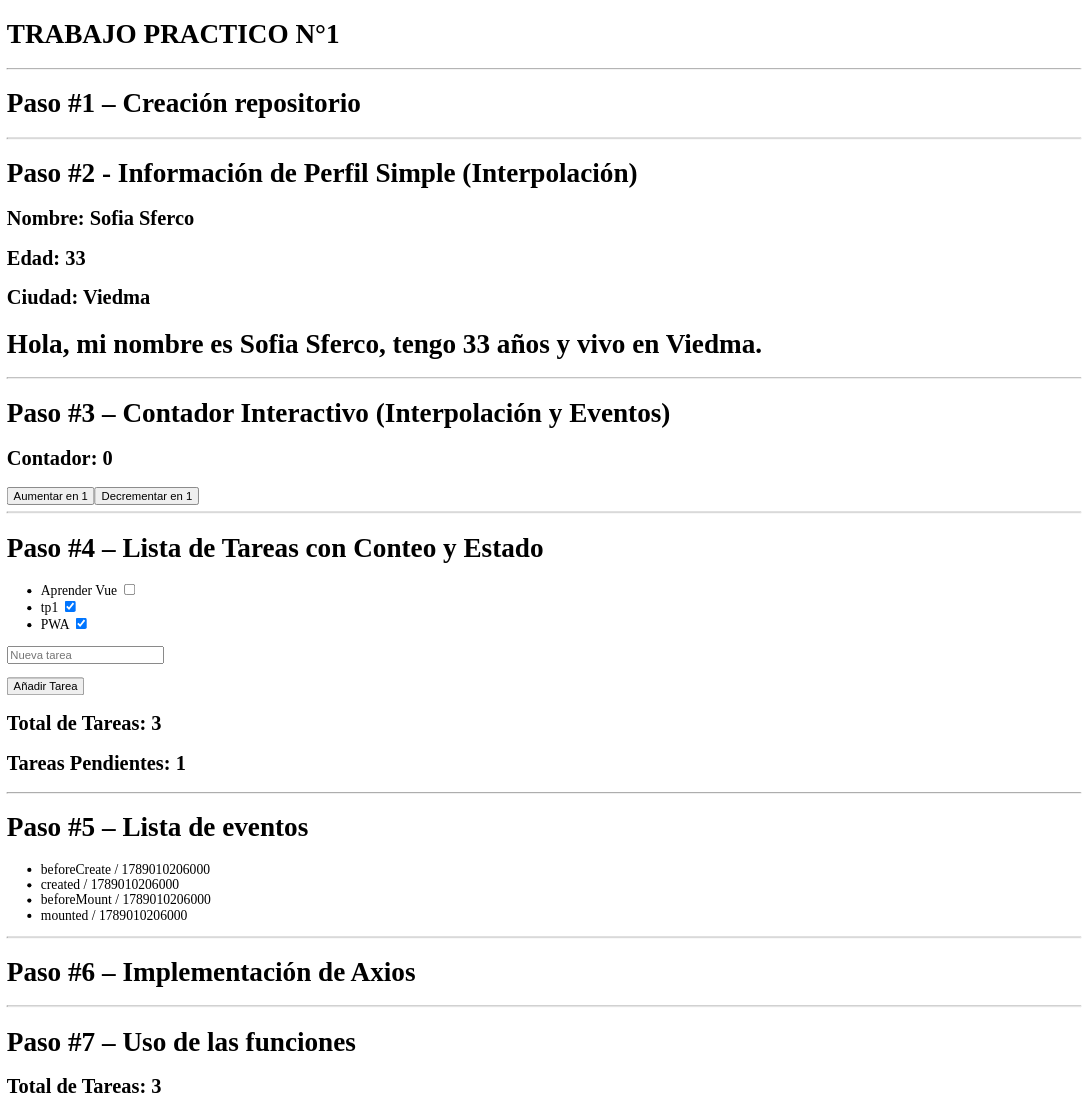
Repository: SofiaSferco/PWA-2026
Page: practico01/index.html
The author's editor kept a copy of each file at every save. The page is drawn from the files as they stood at one save, then again after the next save.
The browser window is 1280 px wide. The pictures show the whole page, at 85% of full size.
The page's requests for data from a server got no answer.

Above is the page before, as saved 2026-09-10 04:29:53.
Console error (its wording comes from the project's code and is left out).

After the next save:
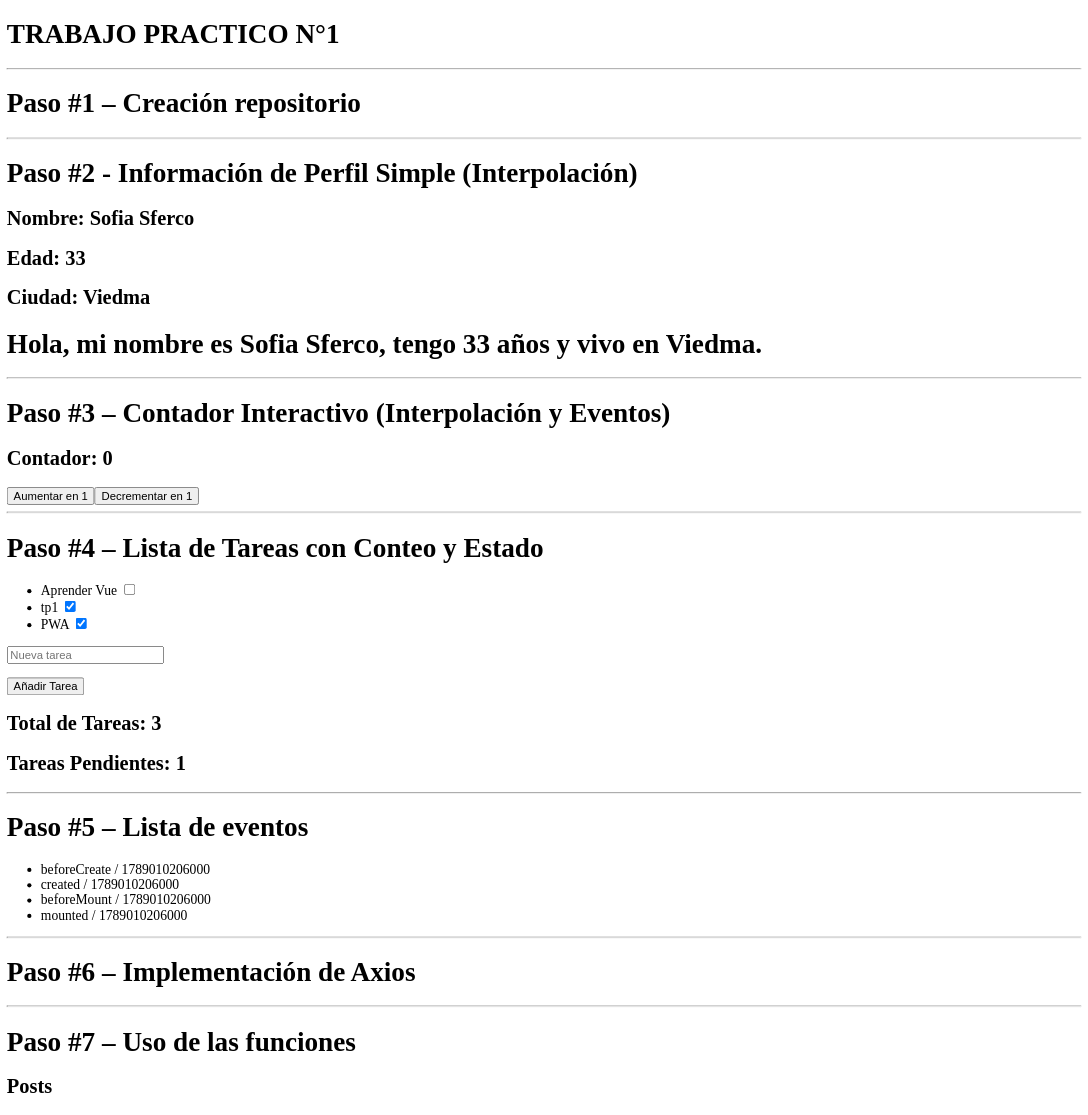
Saved 7 s later.
--- a/practico01/index.html
+++ b/practico01/index.html
@@ -48,7 +48,7 @@
         <h1>Paso #6 – Implementación de Axios</h1>
         <hr>
         <h1>Paso #7 – Uso de las funciones</h1>
-        <h2>Total de Tareas: {{totalTareas}}</h2>
+        <h2>Posts</h2>
         <li v-for="post in posts" :key="post.id" @click="cargarComentarios(post.id)">
             <strong>Post {{ post.id }}</strong>
             <p>{{ post.title }}</p>
